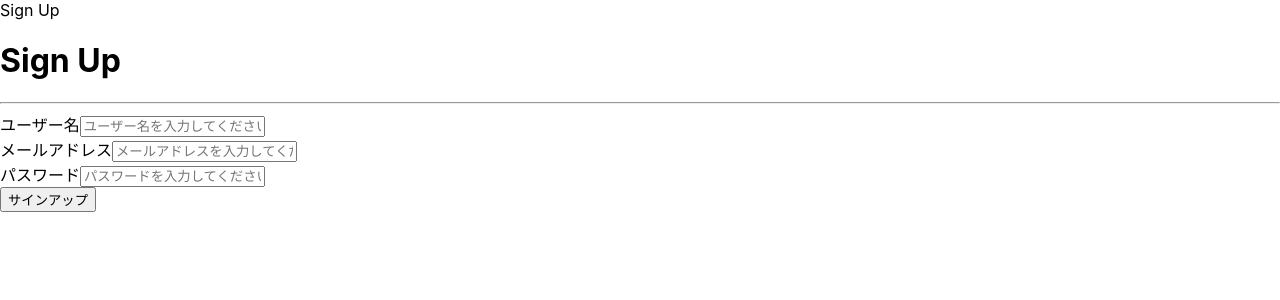
Repository: tosaken1116/Backs-of-seniors-hackathon
Page: /components/SignUpModal
An editor plug-in stored every save of this project. The page is shown before and after the next save, followed by the edit.
The browser window is 1280 px wide. The pictures show the whole page.
The project was rebuilt for these pictures with package versions that can differ from the ones it lists, and the page was loaded fresh each time. The framework's server and built-in components were replaced by stand-ins that run in the browser. Also part of the build but not shown: next.config.js.

Above is the page before, as saved 2022-07-17 04:36:35.

### pages/_document.js
import Document, { Head, Html, Main, NextScript } from 'next/document'

class MyDocument extends Document {
  render() {
    return (
      <Html>
        <Head>
          <link
            href="https://fonts.googleapis.com/css2?family=Inter&display=optional"
            rel="stylesheet"
          />
        </Head>
        <body>
          <Main />
          <NextScript />
        </body>
      </Html>
    )
  }
}

export default MyDocument

### pages/components/SignUpModal.tsx
import { useState } from "react";
export default function SignInModal() {
    type loginElement = {
        username: string;
        email: string;
        password: string;
    };
    type register = {
        registeredemail: string;
        registeredpassword: string;
    };

    let initialValues = { username: "", email: "", password: "" };
    const [formValues, setFormValues] = useState<loginElement>(initialValues);
    const [formErrors, setFormErrors] = useState<loginElement>(initialValues);
    // const [isSubmit, setIsSubmit] = useState(false);

    const handleChange = (event) => {
        // console.log(event.target);
        const { name, value } = event.target;
        setFormValues({ ...formValues, [name]: value });
    };

    const handleSubmit = (event) => {
        event.preventDefault();
        //ログイン情報の送信
        //バリデーションチェック
        {
            /*setFormErrors(validate(formValues));
        console.log(formErrors);*/
        }
        // setIsSubmit(true);
    };

    /*const validate = (values) => {
        const errors: loginElement = initialValues;
        if (!values.username) {
            errors.username = "ユーザー名を入力してください";
        }
        if (!values.email) {
            errors.email = "メールアドレスを入力してください";
        }
        if (!values.password) {
            errors.password = "パスワードを入力してください";
        } else if (values.password.length < 4) {
            errors.password =
                "4文字以上15文字以下のパスワードを入力してください";
        } else if (values.password.length > 15) {
            errors.password =
                "4文字以上15文字以下のパスワードを入力してください";
        }
        // console.log(errors);
        return errors;
    };
    };*/

    return (
        <div>
            <div className="flex bg-red-400">
                <div className=" text-center ">Sign Up</div>
            </div>
            <div className="formcontainer">
                <form onSubmit={(event) => handleSubmit(event)}>
                    <h1>Sign Up</h1>
                    <hr />
                    <div className="uiForm">
                        <div className="formField">
                            <label>ユーザー名</label>
                            <input
                                type="text"
                                placeholder="ユーザー名を入力してください"
                                name="username"
                                required
                                onChange={(event) => handleChange(event)}
                            />
                            {/* <div>{formErrors.username}</div> */}
                        </div>
                        {/* <p className="errormsg">{formErrors.username}</p> */}
                        <div className="formField">
                            <label>メールアドレス</label>
                            <input
                                type="text"
                                placeholder="メールアドレスを入力してください"
                                name="email"
                                required
                                onChange={(event) => handleChange(event)}
                            />
                            {/* <div>{formErrors.email}</div> */}
                        </div>
                        {/* <p className="errormsg">{formErrors.email}</p> */}
                        <div className="formField">
                            <label>パスワード</label>
                            <input
                                type="password"
                                placeholder="パスワードを入力してください"
                                name="password"
                                required
                                onChange={(event) => handleChange(event)}
                            />
                        </div>
                        {/* <div>{formErrors.password}</div> */}
                        {/* <p className="errormsg">{formErrors.password}</p> */}
                        <button
                            className="rounded-none... SubmitButton"
                            type="submit"
                        >
                            サインアップ
                        </button>
                        {/* {Object.keys isSubmit && ( <div>サインアップ完了</div>)}*/}
                    </div>
                </form>
            </div>
        </div>
    );
}

Loaded but not shown: pages/_app.js (common file); styles/globals.css (common file)

After the next save:
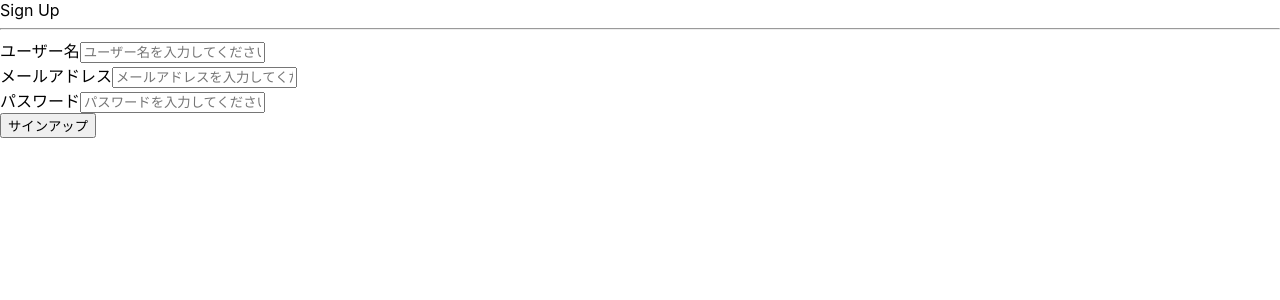
Saved 3 h 34 min later.
--- a/pages/components/SignUpModal.tsx
+++ b/pages/components/SignUpModal.tsx
@@ -61,7 +61,7 @@
             </div>
             <div className="formcontainer">
                 <form onSubmit={(event) => handleSubmit(event)}>
-                    <h1>Sign Up</h1>
+                    {/* <h1>Sign Up</h1> */}
                     <hr />
                     <div className="uiForm">
                         <div className="formField">

After the 2 saves that followed:
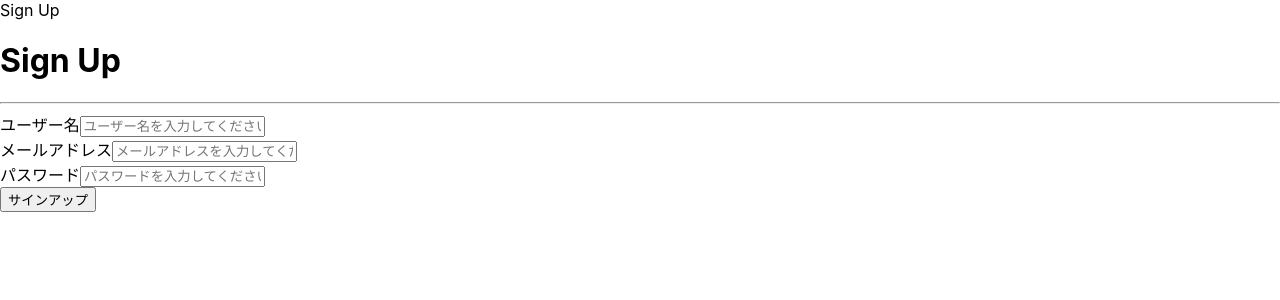
The 2 saves are shown as one change because 1 did not build or start.
The last was saved 2 min 13 s later.
--- a/pages/components/SignUpModal.tsx
+++ b/pages/components/SignUpModal.tsx
@@ -61,7 +61,7 @@
             </div>
             <div className="formcontainer">
                 <form onSubmit={(event) => handleSubmit(event)}>
-                    {/* <h1>Sign Up</h1> */}
+                    <h1>Sign Up</h1>
                     <hr />
                     <div className="uiForm">
                         <div className="formField">
